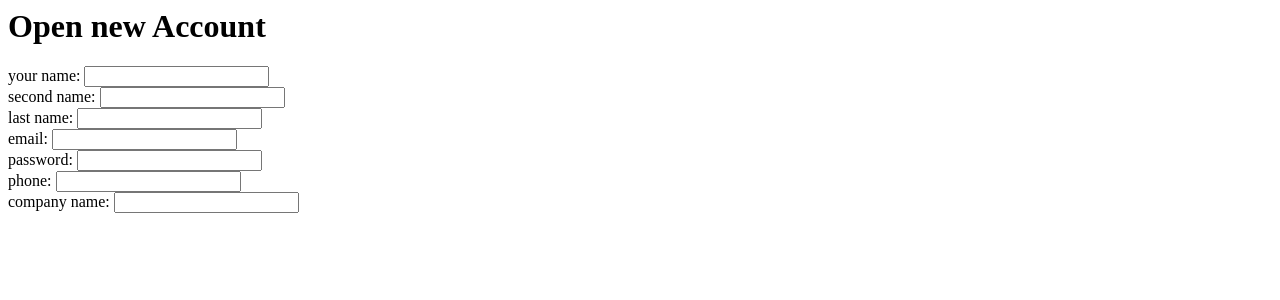
Repository: juanluispachecor/tasks
Page: http://localhost/ahitask/
The author's editor kept a copy of each file at every save. The page is drawn from the files as they stood at one save, then again after the next save.
The browser window is 1280 px wide. The pictures show the whole page.
The page is served by Tomcat 9. Other server files are loaded and not shown.

Above is the page before, as saved 2015-08-04 20:34:58.

### code/ahitask/src/main/webapp/WEB-INF/views/home.jsp
<%@ taglib uri="http://java.sun.com/jsp/jstl/core" prefix="c"%>
<%@ page session="false"%>
<html>
<head>
<title>Home</title>
</head>
<body>
	<h1>Open new Account</h1>

	<div>
		<form action="newAccount" method="POST">
			<div>
				your name: <input type="text" name="name" />
			</div>
			<div>
				second name: <input type="text" name="secondName" />
			</div>
			<div>
				last name: <input type="text" name="lastName" />
			</div>
			<div>
				email: <input type="email" name="email" />
			</div>
			<div>
				password: <input type="password" name="pass" />
			</div>
			<div>
				phone: <input type="tel" name="phone" />
			</div>
			<div>
				company name: <input type="text" name="company" />
			</div>
		</form>
	</div>
</body>
</html>

After the next save:
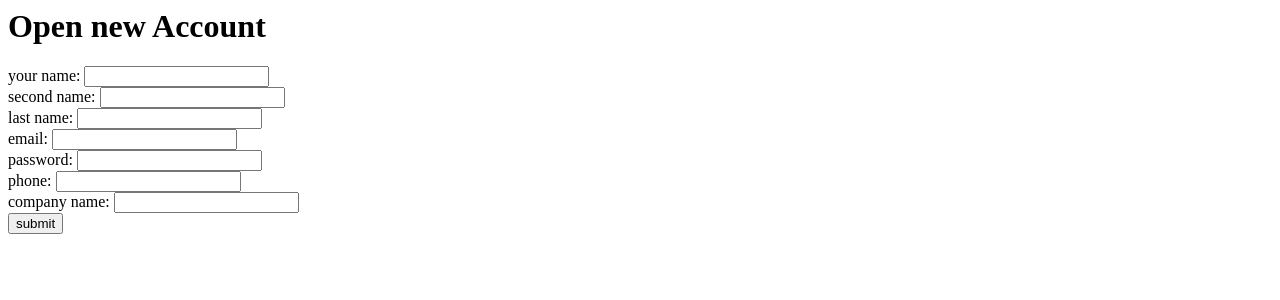
Saved 3 min 51 s later.
--- a/code/ahitask/src/main/webapp/WEB-INF/views/home.jsp
+++ b/code/ahitask/src/main/webapp/WEB-INF/views/home.jsp
@@ -30,6 +30,9 @@
 			<div>
 				company name: <input type="text" name="company" />
 			</div>
+			<div>
+				<input type="button" value="submit" />
+			</div>
 		</form>
 	</div>
 </body>
